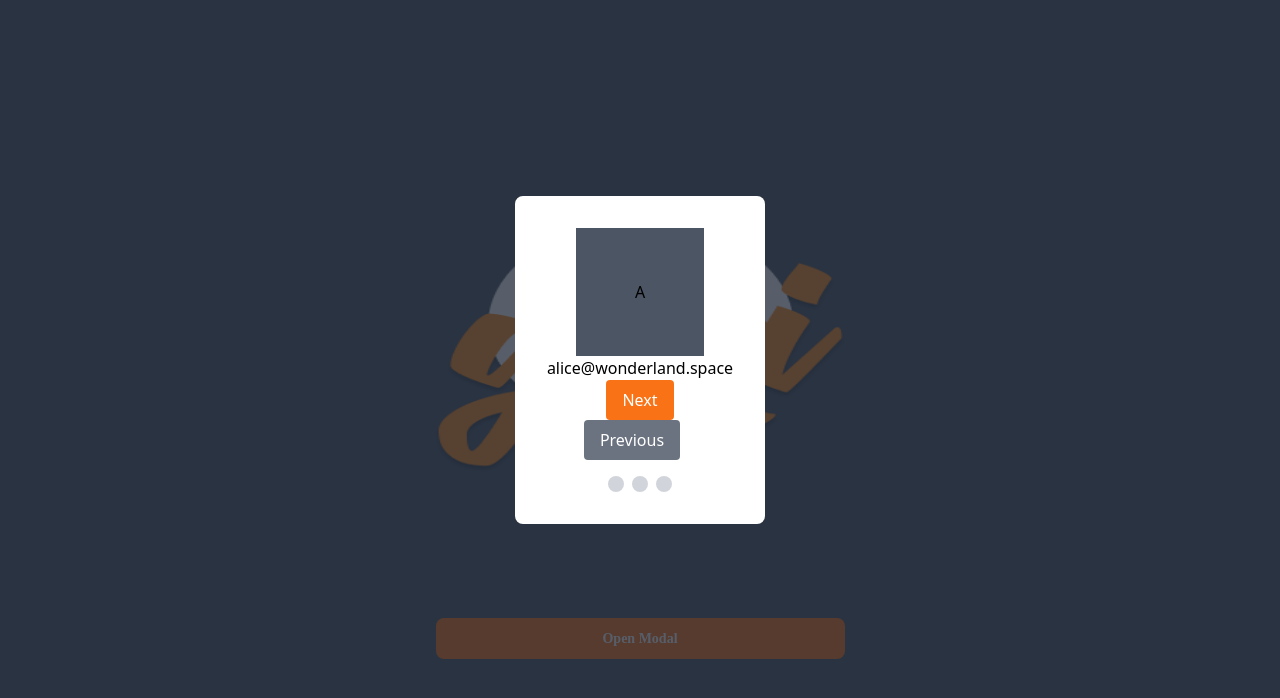
Repository: ZakariaZhlat125/lucatctyteste
Page: /, after clicking the first element matching `button.mt-36`
The author's editor kept a copy of each file at every save. The page is drawn from the files as they stood at one save, then again after the next save.
The browser window is 1280 px wide. The pictures show the whole page.
The project was rebuilt for these pictures with package versions that can differ from the ones it lists, and the page was loaded fresh each time. Also part of the build but not shown: vite.config.js, src/Components/ModalComponents/PickLang.jsx, src/Components/ModalComponents/SelectImage.jsx.

Above is the page before, as saved 2023-09-29 10:29:20.

### src/App.jsx
import { useState } from 'react'
import Modalpage from './pages/Modalpage'


function App() {

  return (
    <>
    <Modalpage />
    </>
  )
}

export default App

### src/pages/Modalpage.jsx
import React, { useState } from "react";
import logo from "../assets/Images/Logo.png";
import Modal from "../Components/ModalComponents/Modal";
const Modalpage = () => {
  const [isModalOpen, setIsModalOpen] = useState(false);



  return (
    <div className="h-screen w-secreen bg-gray-600 flex flex-col justify-center items-center  ">
      <img
        src={logo}
        alt="logo"
        className="w-[415px] h-[413px] mx-2 "
      />
      <button
        onClick={() => setIsModalOpen(true)}
        className="mt-36 w-[309px] h-[41px] sm:w-[409px]  shadow-sm bg-orange-500  hover:bg-orange-600 rounded-lg  text-white text-sm font-semibold font-['Montserrat']"
      >
        Open Modal
      </button>


      <Modal isOpen={isModalOpen}  onClose={() => setIsModalOpen(false)} />

    </div>
  );
};

export default Modalpage;

### src/Components/ModalComponents/Modal.jsx
import React, { useState } from "react";
import Welcom from "./Welcom";
import PickLang from "./PickLang";
import SelectImage from "./SelectImage";
const Modal = ({ isOpen, onClose }) => {

  const [currentPage, setCurrentPage] = useState(1);
  if (!isOpen) return null;
  const totalPages = 3;
  const nextPage = () => {
    if (currentPage < 3) {
      setCurrentPage(currentPage + 1);
    }
  };

  const prevPage = () => {
    if (currentPage > 1) {
      setCurrentPage(currentPage - 1);
    }
  };

  const getOrangeCount = () => {
    // Return the number of orange circles to display based on the current page
    switch (currentPage) {
      case 2:
        return 1;
      case 3:
        return 2;
      default:
        return 0;
    }
  };

  return (
    <div className="fixed inset-0 flex justify-center items-center z-50">
      <div className="fixed inset-0 bg-gray-800 opacity-75"></div>
      <div className="bg-white rounded-lg p-8 z-50 relative flex flex-col items-center">
        {/* Modal content goes here */}

        {/* <button
          onClick={onClose}
          className="absolute mx-auto bottom-2   text-gray-500 hover:text-gray-700 cursor-pointer"
        >
          Close
        </button> */}
        {currentPage === 1 && <Welcom />}
        {currentPage === 2 && <PickLang />}
        {currentPage === 3 && <SelectImage />}
        <button
          onClick={nextPage}
          className="bg-orange-500 text-white px-4 py-2 rounded"
        >
          Next
        </button>
        <button
          onClick={prevPage}
          className="mr-4 bg-gray-500 text-white px-4 py-2 rounded"
        >
          Previous
        </button>

        <div className="flex mt-4">
          {[...Array(totalPages)].map((_, index) => (
            <div
              key={index}
              className={`w-4 h-4 mx-1 rounded-full ${
                index < getOrangeCount() ? "bg-orange-500" : "bg-gray-300"
              }`}
            ></div>
          ))}
        </div>
      </div>
    </div>
  );
};

export default Modal;

### src/Components/ModalComponents/Welcom.jsx
import React from "react";

const Welcom = () => {
  return (
    <div className="flex flex-col justify-center items-center">
      {/* <div className='justify-center items-center'> */}
      <div className="bg-gray-600 w-32 h-32 flex justify-center items-center">

        <p className="">A</p>
      </div>

      <p>alice@wonderland.space</p>
      {/* </div> */}
    </div>
  );
};

export default Welcom;

### tailwind.config.js
/** @type {import('tailwindcss').Config} */
export default {
  content: [
    "./index.html",
    "./src/**/*.{js,ts,jsx,tsx}",
  ],
  theme: {
    container: {
      center: true,
      padding: {
        DEFAULT: '1rem',
        sm: '2rem',
        lg: '4rem',
        xl: '5rem',
        '2xl': '6rem',
      },
    },
    extend: {},
  },
  plugins: [],
}

Loaded but not shown: index.html (common file); src/main.jsx (common file); src/index.css (common file)

After the next save:
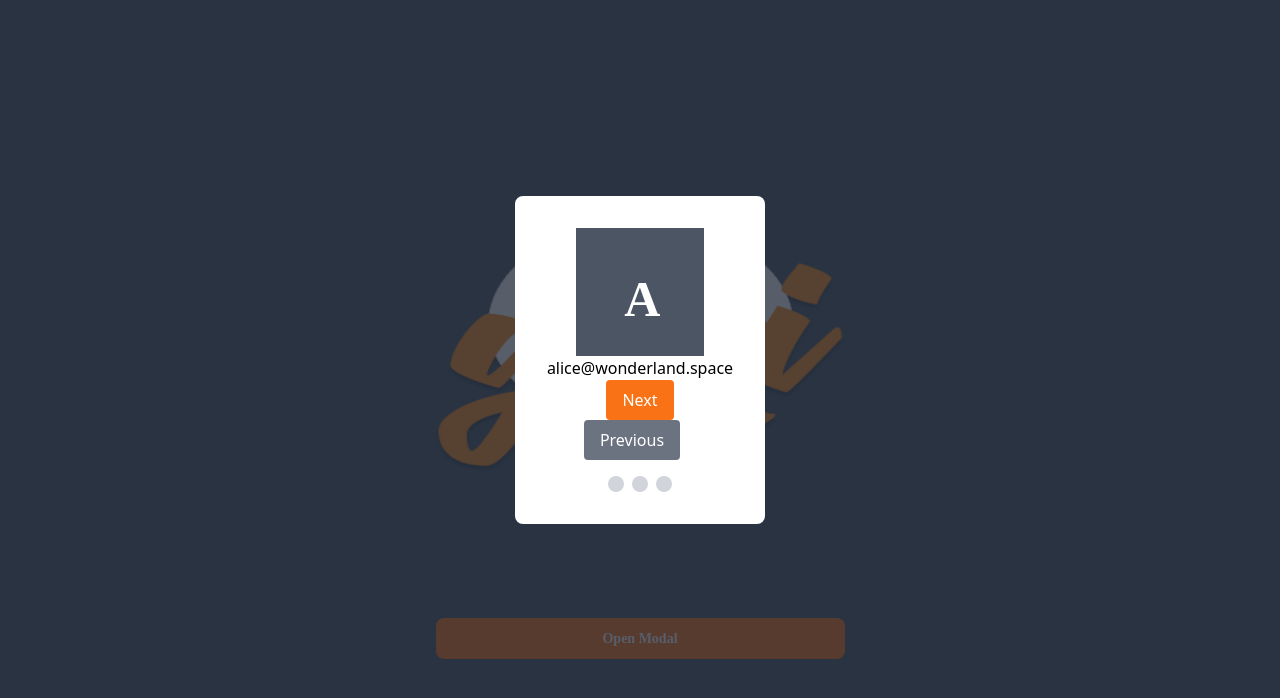
Saved 23 s later.
--- a/src/Components/ModalComponents/Welcom.jsx
+++ b/src/Components/ModalComponents/Welcom.jsx
@@ -6,7 +6,7 @@
       {/* <div className='justify-center items-center'> */}
       <div className="bg-gray-600 w-32 h-32 flex justify-center items-center">
 
-        <p className="">A</p>
+        <p className="A w-[31.34px] h-[59.19px] text-white text-[50px] font-bold font-['Montserrat']">A</p>
       </div>
 
       <p>alice@wonderland.space</p>
